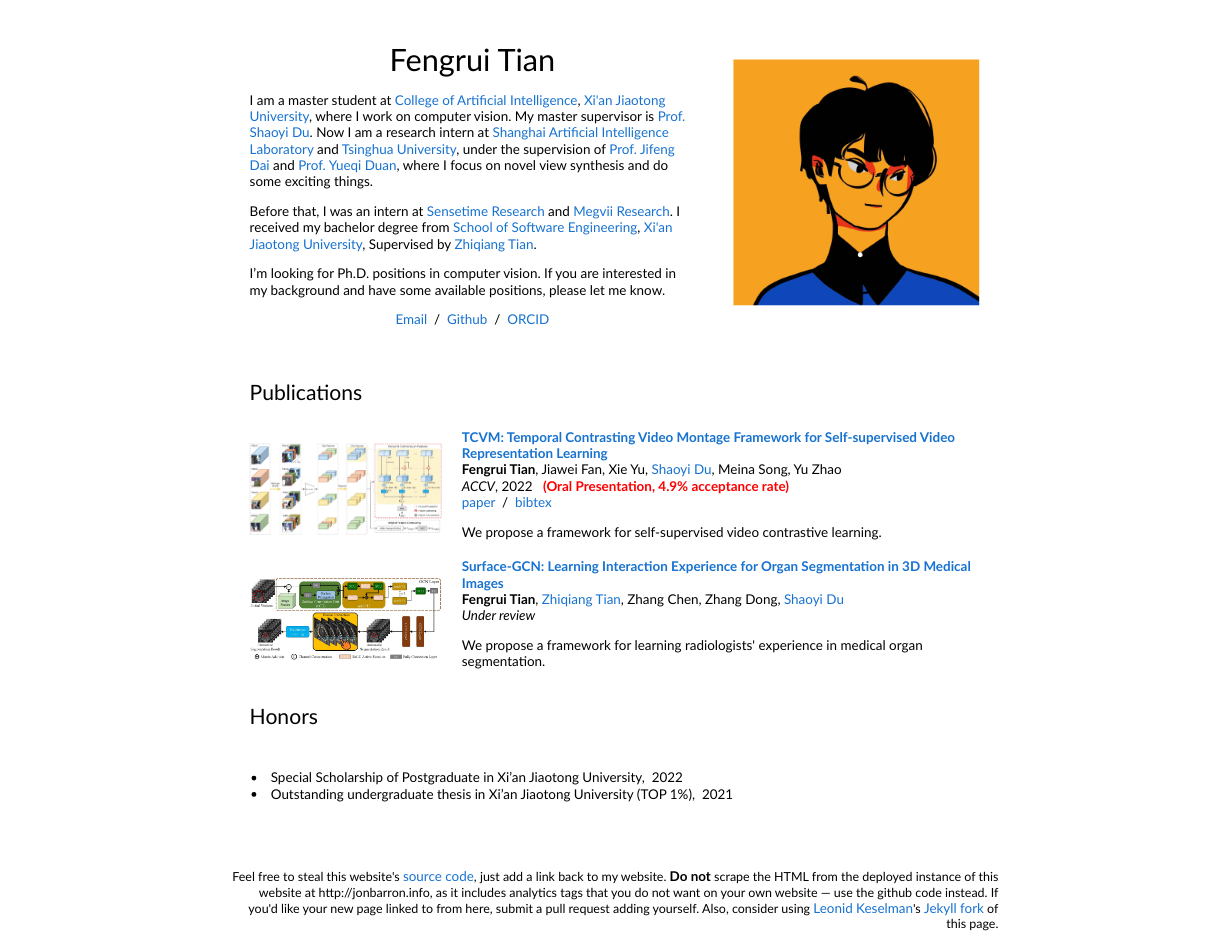
Repository: tianfr/tianfr.github.io
Page: index.html
The author's editor kept a copy of each file at every save. The page is drawn from the files as they stood at one save, then again after the next save.
The browser window is 1280 px wide. The pictures show the whole page, at 96% of full size.

Above is the page before, as saved 2022-11-20 15:48:18.

After the next save:
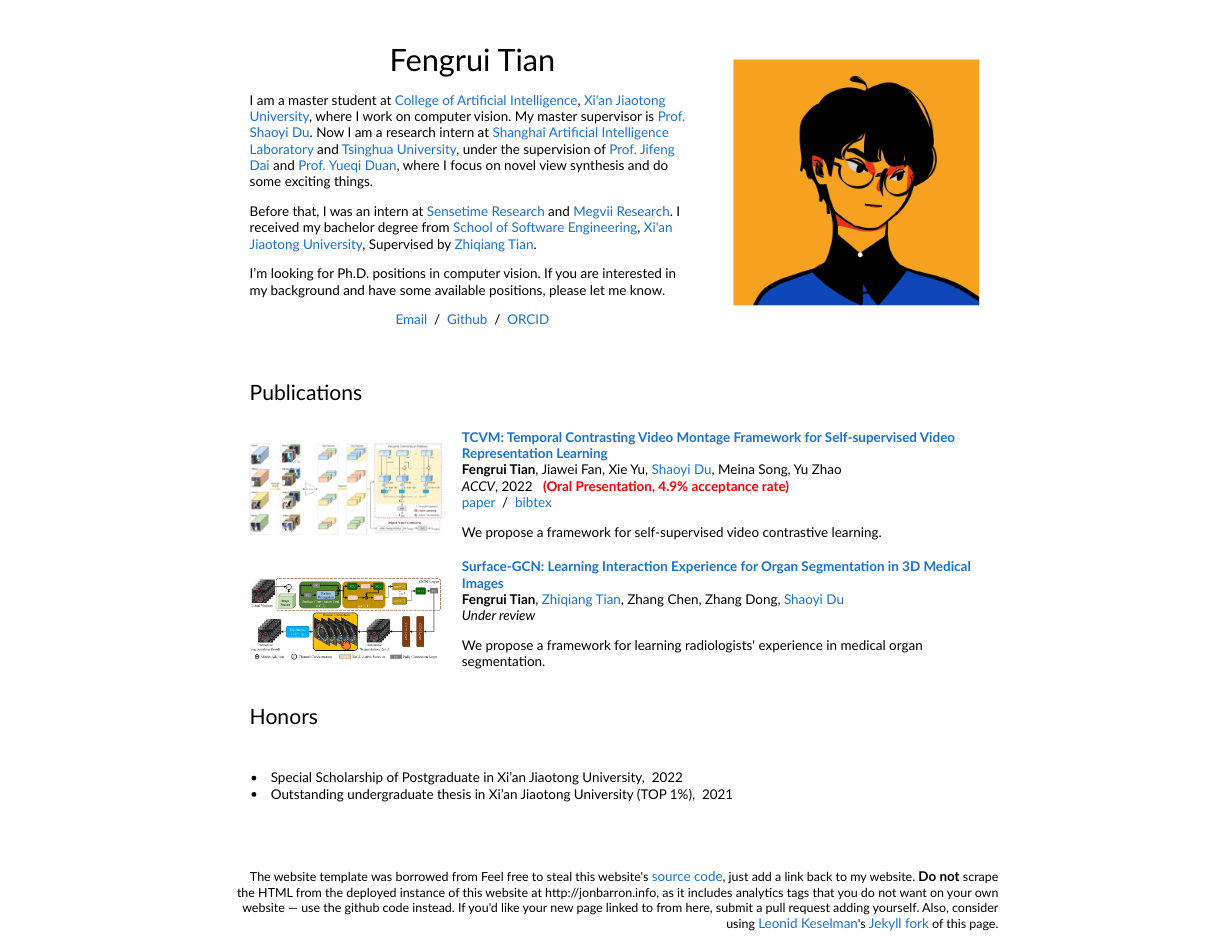
Saved 79 s later.
--- a/index.html
+++ b/index.html
@@ -157,6 +157,7 @@
             <td style="padding:0px">
               <br>
               <p style="text-align:right;font-size:small;">
+                The website template was borrowed from
                 Feel free to steal this website's <a href="https://github.com/jonbarron/jonbarron_website">source code</a>,
                 just add a link back to my website.
                 <strong>Do not</strong> scrape the HTML from the deployed instance of this website at http://jonbarron.info,
